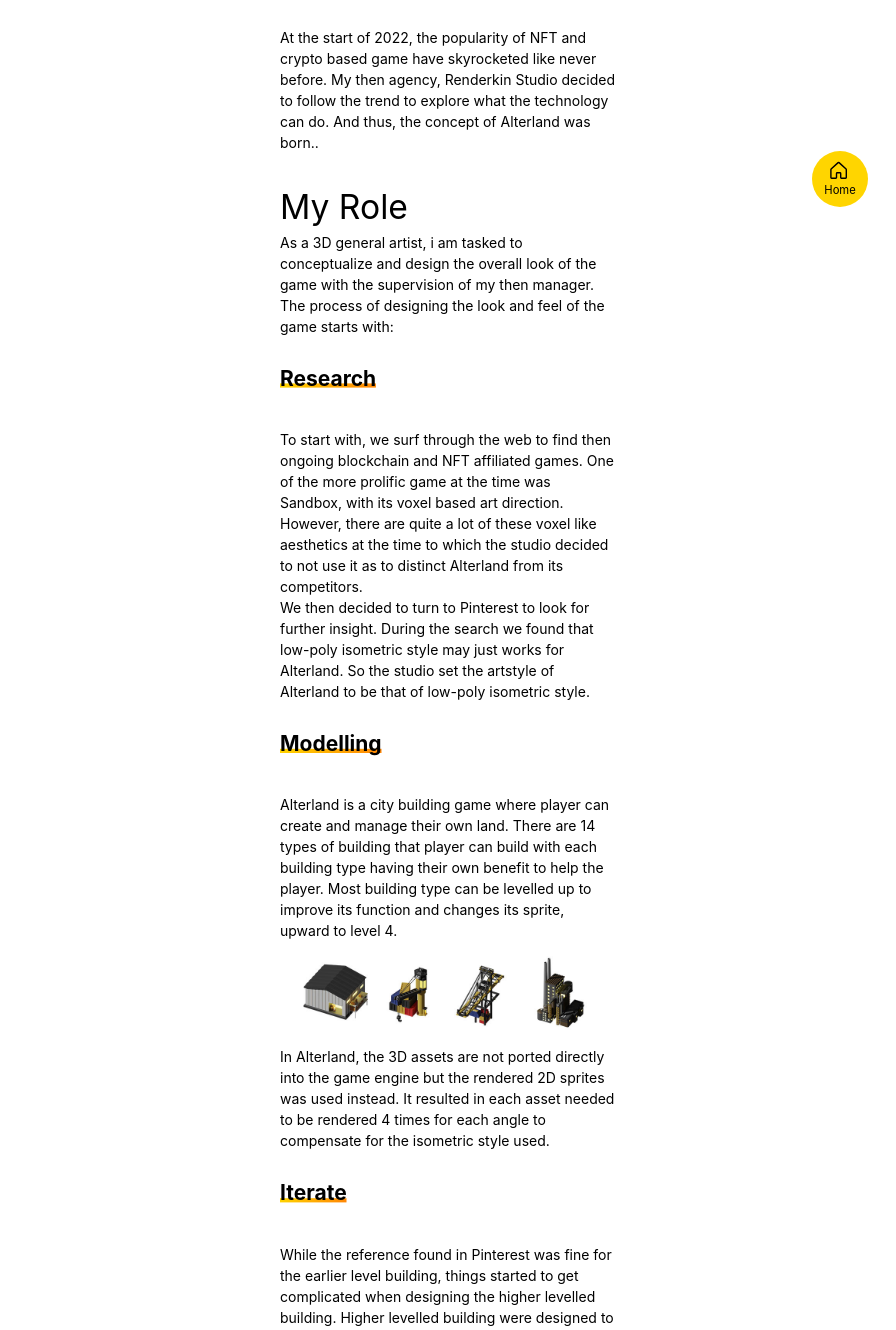
Repository: thortato/thortato.github.io
Page: /Alterland
An editor plug-in stored every save of this project. The page is shown before and after the next save, followed by the edit.
The browser window is 1280 px wide. The pictures show the part of the page from y = 384 to 2284 px (the page is 3850 px tall), at 70% of full size.
The project was rebuilt for these pictures with package versions that can differ from the ones it lists, and the page was loaded fresh each time. Also part of the build but not shown: src/App.css, src/Pages/Sidebar.js, src/Components/HeroImage.js, src/Pages/HeroSection.js, src/Pages/About.js, src/Components/Card.js, src/Pages/Works.js, src/Pages/ContactMe.js and 2 more.

Above is the page before, as saved 2023-10-04 20:05:46.

After the next save:
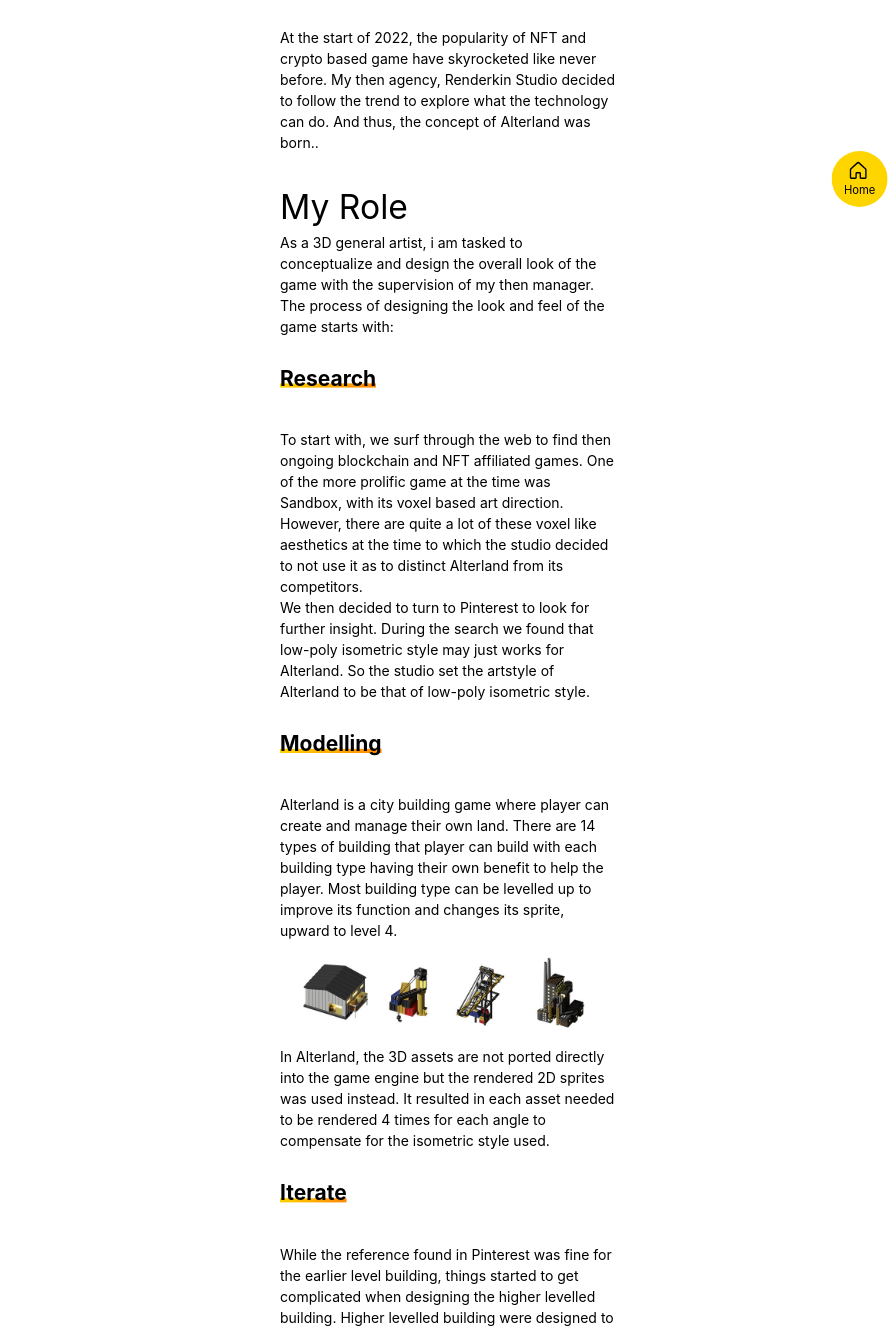
Saved 5 s later.
--- a/src/Components/HomeButton.js
+++ b/src/Components/HomeButton.js
@@ -3,7 +3,7 @@
 
 export const HomeButton = () =>{
     return(
-        <div className="bg-amber w-20 h-20 mx-auto rounded-full fixed bottom-10 right-10 flex items-center justify-center z-50" >
+        <div className="bg-amber w-20 h-20 mx-auto rounded-full fixed bottom-10 right-3 flex items-center justify-center z-50" >
             <Link to="/">
             <House className="ml-1" size={32}/>
             Home
